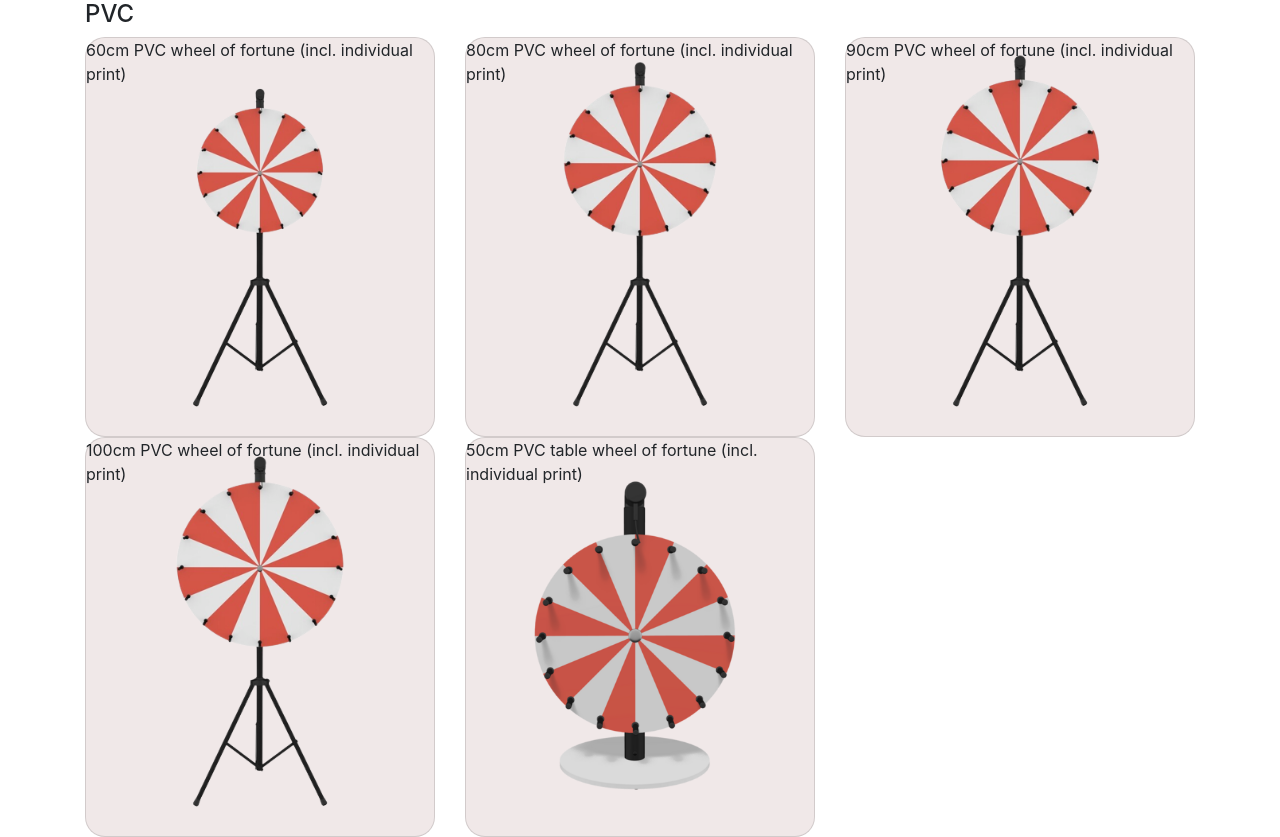
Repository: Awaisp-irfan/fahad-project
Page: pvc.html
An editor plug-in stored every save of this project. The page is shown before and after the next save, followed by the edit.
The browser window is 1280 px wide. The pictures show the whole page.

Above is the page before, as saved 2022-06-30 08:21:26.

After the next save:
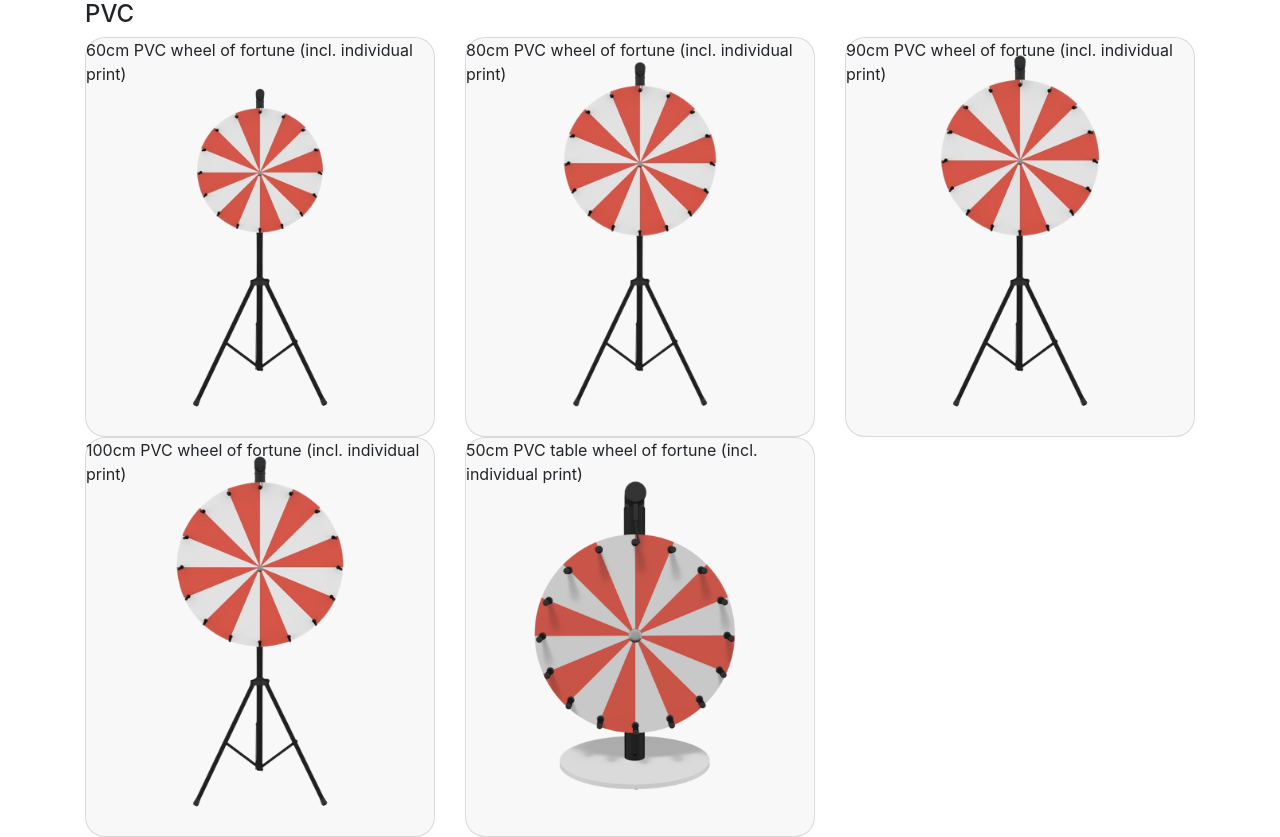
Saved 4 s later.
--- a/style.css
+++ b/style.css
@@ -14,7 +14,7 @@
 .col-lg-4>.img-div{
     height: 400px;
     border-radius: 20px;
-    background-color: rgb(240, 232, 232);
+    background-color: rgb(248, 248, 248);
 }
 .wooden{
     background-image: url(./assests/wooden.jpg);
